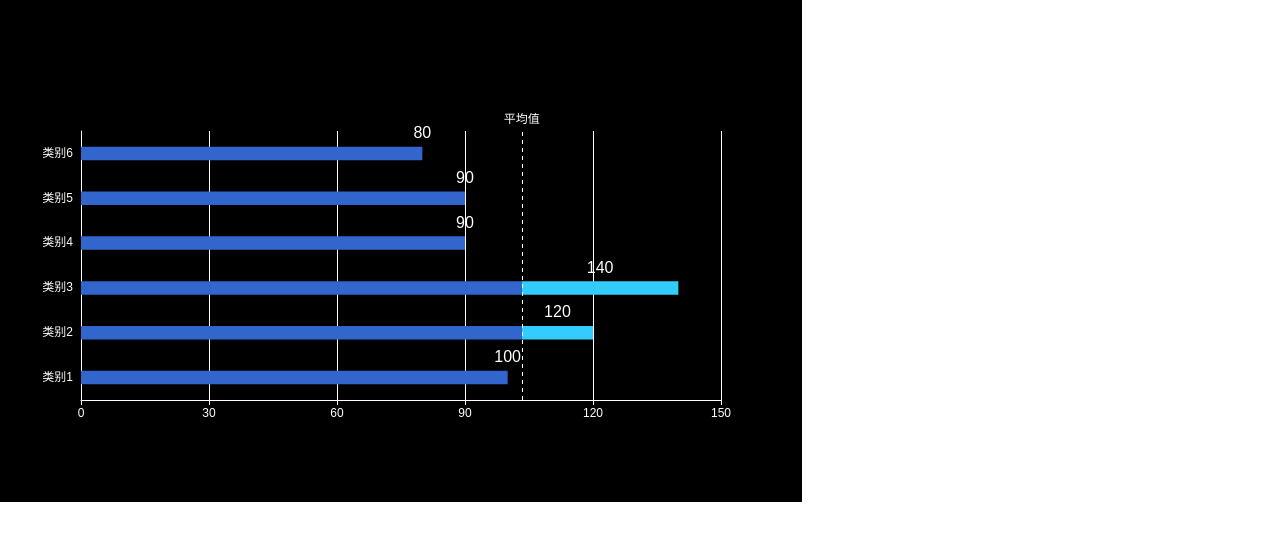
Repository: 572031690/echartproj
Page: /#/test
The author's editor kept a copy of each file at every save. The page is drawn from the files as they stood at one save, then again after the next save.
The browser window is 1280 px wide. The pictures show the whole page.
The project was rebuilt for these pictures with package versions that can differ from the ones it lists, and the page was loaded fresh each time. Also part of the build but not shown: vue.config.js, src/components/Seller.vue, src/views/SellerPage.vue, src/utils/theme_utils.js, src/components/Trend.vue, src/views/TrendPage.vue, src/utils/map_utils.js, src/components/Map.vue and 9 more.

Above is the page before, as saved 2021-08-05 10:08:28.

### public/index.html
<!DOCTYPE html>
<html lang="en">
  <head>
    <meta charset="utf-8">
    <meta http-equiv="X-UA-Compatible" content="IE=edge">
    <meta name="viewport" content="width=device-width,initial-scale=1.0">
    <link rel="icon" href="<%= BASE_URL %>favicon.ico">
    <title><%= htmlWebpackPlugin.options.title %></title>
  </head>
  <body>
    <noscript>
      <strong>We're sorry but <%= htmlWebpackPlugin.options.title %> doesn't work properly without JavaScript enabled. Please enable it to continue.</strong>
    </noscript>
    <div id="app"></div>
    <!-- built files will be auto injected -->
    <!-- 一旦通过script标签引入的echarts.js的文件之后呢, window.echarts -->
    <script src="static/lib/echarts.min.js"></script>
    <!-- 引入主题的js文件 -->
    <script src="static/theme/chalk.js"></script>
    <script src="static/theme/vintage.js"></script>
  </body>
</html>

### src/main.js
import Vue from 'vue'
import App from './App.vue'
import router from './router'
import store from './store'
// 引入字体的文件
import './assets/font/iconfont.css'
// 引入全局的样式文件
import './assets/css/global.less'
import axios from 'axios'
import SocketService from './utils/socket_service'

// 调用socket **********
// import SocketService from '@/utils/socket_service'
// 对服务端进行webSocket连接 *********
// SocketService.Instance.connect()
// Vue.prototype.$socket = SocketService.Instance

// 请求基准路径的配置
axios.defaults.baseURL = 'http://127.0.0.1:8888/api/'
// 将axios挂载到Vue的原型对象上
// 在别的组件中 this.$http
Vue.prototype.$http = axios

// 将全局的echarts对象挂载到Vue的原型对象上
// 别的组件中 this.$echarts
Vue.prototype.$echarts = window.echarts

Vue.config.productionTip = false

new Vue({
  router,
  store,
  render: h => h(App)
}).$mount('#app')

### src/App.vue
<template>
  <div id="app">
    <!-- 路由占位符 -->
    <router-view></router-view>
  </div>
</template>

<style lang="less">

</style>

### src/router/index.js
import Vue from 'vue'
import VueRouter from 'vue-router'
import SellerPage from '@/views/SellerPage'
import TrendPage from '@/views/TrendPage'
import MapPage from '@/views/MapPage'
import RankPage from '@/views/RankPage'
import HotPage from '@/views/HotPage'
import StockPage from '@/views/StockPage'
import Test from '../components/Test.vue'
import ScreenPage from '@/views/ScreenPage'

Vue.use(VueRouter)

const routes = [
  {
    path: '/',
    redirect: '/screen'
  },
  {
    path: '/screen',
    component: ScreenPage
  },
  {
    path: '/sellerpage',
    component: SellerPage
  },
  {
    path: '/trendpage',
    component: TrendPage
  },
  {
    path: '/mappage',
    component: MapPage
  },
  {
    path: '/rankpage',
    component: RankPage
  },
  {
    path: '/hotpage',
    component: HotPage
  },
  {
    path: '/stockpage',
    component: StockPage
  },
  {
    path: '/test',
    component: Test
  }

]

const router = new VueRouter({
  routes
})

export default router

### src/store/index.js
import Vue from 'vue'
import Vuex from 'vuex'

Vue.use(Vuex)

export default new Vuex.Store({
  state: {
    theme: 'chalk'
  },
  mutations: {
    changeTheme (state) {
      if(state.theme === 'chalk'){
        state.theme = 'vintage'
      }else{
        state.theme = 'chalk'
      }
    }
  },
  actions: {
  },
  modules: {
  }
})

### src/assets/css/global.less
html, body, #app {
  width: 100%;
  height: 100%;
  padding: 0;
  margin: 0;
  overflow: hidden;
}

.com-page {
  width: 100%;
  height: 100%;
  overflow: hidden;
}

.com-container {
  width: 100%;
  height: 100%;
  overflow: hidden;
  position: relative;
}

.com-chart {
  width: 100%;
  height: 100%;
  overflow: hidden;
}

canvas {
  border-radius: 20px;
}

/*无法选中图片文字方法*/
span,div,img{
  user-select:none;
}

### src/utils/socket_service.js
export default class SocketService {
    // 单例的设计模式
    //如果别人通过get Instance 来的到我的实例对象 那我只会给他返回同一个实例对象
    static instance = null
    static get Instance() {
        if (!this.instance) {
            this.instance = new SocketService()
        }
        return this.instance
    }

    //和服务端连接的socket对象
    ws = null
    //存储回调函数
    callBackMapping = {}
    //定义连接服务器的方法
    connect() {
        //连接服务器
        if (!window.WebSocket) {
            return console.log('你的浏览器不支持WebSocket');
        }
        this.ws = new WebSocket('ws://localhost:9998')

        //连接服务端成功
        this.ws.onopen = () => {
            console.log('连接服务端成功');
        }
        //连接服务端失败
        this.ws.onclose = () => {
            console.log('连接服务端失败');
        }
        //得到服务端发送过来的数据
        this.ws.onmessage = msg => {
            console.log('从服务端获取数据');
            //得到的数据在msg的data里面
            // console.log(msg.data);
            const recvData = JSON.parse(msg.data)
            const socketType = recvData.socketType
            //判断回调函数是否存在
            if(this.callBackMapping[socketType]){
                const action = recvData.action
                if(action === 'getData') {
                    const realData = JSON.parse(recvData.data)
                    this.callBackMapping[socketType]
                }else if( action === 'fullScreen') {

                }else if(action === 'themeChange') {

                }
            }
        }
    }
    //回调函数的注册
    registerCallBack(socketType, callBack) {
        this.callBackMapping[socketType] = callBack
    }
    //取消某一个回调函数
    unRegisterCallBack(socketType) {
        this.callBackMapping[socketType] = null
    }

}

### src/components/Test.vue
<template>
  <div class="line-chart" ref="mybar">
    123
  </div>
</template>

<script>
export default {
  mounted() {
    this.getData();
    this.initChart();
  },
  data() {
    return {
      chartInstance: null,
      seriesData: [100, 120, 140, 90, 90, 80],
      barChart: {
        xAxisData: ["类别1", "类别2", "类别3", "类别4", "类别5", "类别6"],
        dataList: []
      }
    };
  },
  methods: {
    initChart() {
      const chartInstance = this.$echarts.init(this.$refs.mybar);
      const option = {
        grid: [
          {
            top: 130,
            bottom: 101
          }
        ],
        yAxis: [
          {
            type: "category",
            data: this.barChart.xAxisData,
            // gridIndex: 0, // x 轴所在的 grid 的索引，默认位于第一个 grid。
            axisLabel: {
              color: "#fff" // 刻度标签文字的颜色
            },
            axisLine: {
              // 设置轴线
              lineStyle: {
                color: "#fff"
              }
            },
            axisTick: {
              show: false // 是否显示坐标轴刻度。
            }
          }
        ],
        xAxis: [
          {
            type: "value",
            // gridIndex: 0,
            axisLabel: {
              // 刻度标签文字的颜色
              color: "#fff"
            },
            splitLine: {
              // y轴横线
              lineStyle: {
                color: "rgba(255, 255, 255, 45)"
              }
            },
            axisLine: {
              // 设置轴线
              show: true,
              // 设置轴线
              lineStyle: {
                color: "#fff"
              }
            }
          }
        ],
        series: [
          {
            stack: "类1",
            barWidth: "30%", // 宽度
            itemStyle: {
              color: "#3366cc"
            },
            data: this.barChart.dataList[1],
            type: "bar",
            markLine: {
              data: [
                {
                  type: "max",
                  name: "平均线"
                }
              ],
              lineStyle: {
                type: "dashed",
                color: "#fff"
              },
              symbol: ["none", "none"], // 去除线段两端标记样式
              label: {
                show: true,
                color: "#fff",
                formatter: "平均值"
              }
            }
          },
          {
            label: {
              show: true,
              position: "top",
              textStyle: {
                color: "#fff",
                fontSize: 16
              },
              formatter: arg => {
                console.log(arg);
                return this.seriesData[arg.dataIndex];
              }
            },
            stack: "类1",
            xAxisIndex: 0,
            barWidth: "30%", // 宽度
            itemStyle: {
              color: "#33ccff"
            },
            data: this.barChart.dataList[0],
            type: "bar"
          }
        ]
      };
      chartInstance.setOption(option);
    },
    getData() {
      let sum = 0;
      this.seriesData.forEach(item => (sum += item));
      const aver = sum / this.seriesData.length;
      // console.log(aver)
      this.barChart.dataList[0] = this.seriesData.map(item => {
        if (item > aver) return item - aver;
        else return 0;
      });
      this.barChart.dataList[1] = this.seriesData.map(item => {
        if (item > aver) return aver;
        else return item;
      });
      console.log(this.barChart.dataList);
    }
  }
};
</script>

<style>
.line-chart {
  width: 800px;
  height: 500px;
  border: 1px solid black;
  background: #000;
}
</style>

### public/static/theme/vintage.js
(function (root, factory) {
    if (typeof define === 'function' && define.amd) {
        // AMD. Register as an anonymous module.
        define(['exports', 'echarts'], factory);
    } else if (typeof exports === 'object' && typeof exports.nodeName !== 'string') {
        // CommonJS
        factory(exports, require('echarts'));
    } else {
        // Browser globals
        factory({}, root.echarts);
    }
}(this, function (exports, echarts) {
    var log = function (msg) {
        if (typeof console !== 'undefined') {
            console && console.error && console.error(msg);
        }
    };
    if (!echarts) {
        log('ECharts is not Loaded');
        return;
    }
    echarts.registerTheme('vintage', {
        "color": [
            '#0ba82c',
            '#2c6eff',
            '#16f2d9',
            '#fe211e',
            '#fa6900',
            "#eedd78",
            "#73a373",
            "#73b9bc",
            "#7289ab",
            "#91ca8c",
            "#f49f42"
        ],
        "backgroundColor": "#ffffff",
        "textStyle": {},
        "title": {
            "textStyle": {
                "color": "#333333"
            },
            "subtextStyle": {
                "color": "#aaa"
            }
        },
        "line": {
            "itemStyle": {
                "normal": {
                    "borderWidth": "4"
                }
            },
            "lineStyle": {
                "normal": {
                    "width": "3"
                }
            },
            "symbolSize": "0",
            "symbol": "circle",
            "smooth": true
        },
        "radar": {
            "itemStyle": {
                "normal": {
                    "borderWidth": 1
                }
            },
            "lineStyle": {
                "normal": {
                    "width": 2
                }
            },
            "symbolSize": 4,
            "symbol": "emptyCircle",
            "smooth": false
        },
        "bar": {
            "itemStyle": {
                "normal": {
                    "barBorderWidth": 0,
                    "barBorderColor": "#ccc"
                },
                "emphasis": {
                    "barBorderWidth": 0,
                    "barBorderColor": "#ccc"
                }
            }
        },
        "pie": {
            "itemStyle": {
                "normal": {
                    "borderWidth": 0,
                    "borderColor": "#ccc"
                },
                "emphasis": {
                    "borderWidth": 0,
                    "borderColor": "#ccc"
                }
            }
        },
        "scatter": {
            "itemStyle": {
                "normal": {
                    "borderWidth": 0,
                    "borderColor": "#ccc"
                },
                "emphasis": {
                    "borderWidth": 0,
                    "borderColor": "#ccc"
                }
            }
        },
        "boxplot": {
            "itemStyle": {
                "normal": {
                    "borderWidth": 0,
                    "borderColor": "#ccc"
                },
                "emphasis": {
                    "borderWidth": 0,
                    "borderColor": "#ccc"
                }
            }
        },
        "parallel": {
            "itemStyle": {
                "normal": {
                    "borderWidth": 0,
                    "borderColor": "#ccc"
                },
                "emphasis": {
                    "borderWidth": 0,
                    "borderColor": "#ccc"
                }
            }
        },
        "sankey": {
            "itemStyle": {
                "normal": {
                    "borderWidth": 0,
                    "borderColor": "#ccc"
                },
                "emphasis": {
                    "borderWidth": 0,
                    "borderColor": "#ccc"
                }
            }
        },
        "funnel": {
            "itemStyle": {
                "normal": {
                    "borderWidth": 0,
                    "borderColor": "#ccc"
                },
                "emphasis": {
                    "borderWidth": 0,
                    "borderColor": "#ccc"
                }
            }
        },
        "gauge": {
            "itemStyle": {
                "normal": {
                    "borderWidth": 0,
                    "borderColor": "#ccc"
                },
                "emphasis": {
                    "borderWidth": 0,
                    "borderColor": "#ccc"
                }
            }
        },
        "candlestick": {
            "itemStyle": {
                "normal": {
                    "color": "#c23531",
                    "color0": "#314656",
                    "borderColor": "#c23531",
                    "borderColor0": "#314656",
                    "borderWidth": 1
                }
            }
        },
        "graph": {
            "itemStyle": {
                "normal": {
                    "borderWidth": 0,
                    "borderColor": "#ccc"
                }
            },
            "lineStyle": {
                "normal": {
                    "width": 1,
                    "color": "#aaa"
                }
            },
            "symbolSize": 4,
            "symbol": "emptyCircle",
            "smooth": false,
            "color": [
                "#d87c7c",
                "#919e8b",
                "#d7ab82",
                "#6e7074",
                "#61a0a8",
                "#efa18d",
                "#787464",
                "#cc7e63",
                "#724e58",
                "#4b565b"
            ],
            "label": {
                "normal": {
                    "textStyle": {
                        "color": "#eee"
                    }
                }
            }
        },
        "map": {
            "itemStyle": {
                "normal": {
                    "areaColor": "#eeeeee",
                    "borderColor": "#444444",
                    "borderWidth": 0.5
                },
                "emphasis": {
                    "areaColor": "rgba(255,215,0,0.8)",
                    "borderColor": "#444444",
                    "borderWidth": 1
                }
            },
            "label": {
                "normal": {
                    "textStyle": {
                        "color": "#000000"
                    }
                },
                "emphasis": {
                    "textStyle": {
                        "color": "rgb(100,0,0)"
                    }
                }
            }
        },
        "geo": {
            "itemStyle": {
                "normal": {
                    "areaColor": "#eeeeee",
                    "borderColor": "#444444",
                    "borderWidth": 0.5
                },
                "emphasis": {
                    "areaColor": "rgba(255,215,0,0.8)",
                    "borderColor": "#444444",
                    "borderWidth": 1
                }
            },
            "label": {
                "normal": {
                    "textStyle": {
                        "color": "#000000"
                    }
                },
                "emphasis": {
                    "textStyle": {
                        "color": "rgb(100,0,0)"
                    }
                }
            }
        },
        "categoryAxis": {
            "axisLine": {
                "show": true,
                "lineStyle": {
                    "color": "#333"
                }
            },
            "axisTick": {
                "show": true,
                "lineStyle": {
                    "color": "#333"
                }
            },
            "axisLabel": {
                "show": true,
                "textStyle": {
                    "color": "#999"
                }
            },
            "splitLine": {
                "show": false,
                "lineStyle": {
                    "color": [
                        "#ccc"
                    ]
                }
            },
            "splitArea": {
                "show": false,
                "areaStyle": {
                    "color": [
                        "rgba(250,250,250,0.3)",
                        "rgba(200,200,200,0.3)"
                    ]
                }
            }
        },
        "valueAxis": {
            "axisLine": {
                "show": true,
                "lineStyle": {
                    "color": "#666666"
                }
            },
            "axisTick": {
                "show": false,
                "lineStyle": {
                    "color": "#333"
                }
            },
            "axisLabel": {
                "show": true,
                "textStyle": {
                    "color": "#aaaaaa"
                }
            },
            "splitLine": {
                "show": false,
                "lineStyle": {
                    "color": [
                        "#e6e6e6"
                    ]
                }
            },
            "splitArea": {
                "show": false,
                "areaStyle": {
                    "color": [
                        "rgba(250,250,250,0.05)",
                        "rgba(200,200,200,0.02)"
                    ]
                }
            }
        },
        "logAxis": {
            "axisLine": {
                "show": true,
                "lineStyle": {
                    "color": "#333"
                }
            },
            "axisTick": {
                "show": true,
                "lineStyle": {
                    "color": "#333"
                }
            },
            "axisLabel": {
                "show": true,
                "textStyle": {
                    "color": "#333"
                }
            },
            "splitLine": {
                "show": true,
                "lineStyle": {
                    "color": [
                        "#ccc"
                    ]
                }
            },
            "splitArea": {
                "show": false,
                "areaStyle": {
                    "color": [
                        "rgba(250,250,250,0.3)",
                        "rgba(200,200,200,0.3)"
                    ]
                }
            }
        },
        "timeAxis": {
            "axisLine": {
                "show": true,
                "lineStyle": {
                    "color": "#333"
                }
            },
            "axisTick": {
                "show": true,
                "lineStyle": {
                    "color": "#333"
                }
            },
            "axisLabel": {
                "show": true,
                "textStyle": {
                    "color": "#333"
                }
            },
            "splitLine": {
                "show": true,
                "lineStyle": {
                    "color": [
                        "#ccc"
                    ]
                }
            },
            "splitArea": {
                "show": false,
                "areaStyle": {
                    "color": [
                        "rgba(250,250,250,0.3)",
                        "rgba(200,200,200,0.3)"
                    ]
                }
            }
        },
        "toolbox": {
            "iconStyle": {
                "normal": {
                    "borderColor": "#999999"
                },
                "emphasis": {
                    "borderColor": "#666666"
                }
            }
        },
        "legend": {
            "textStyle": {
                "color": "#333333"
            }
        },
        "tooltip": {
            "axisPointer": {
                "lineStyle": {
                    "color": "#cccccc",
                    "width": 1
                },
                "crossStyle": {
                    "color": "#cccccc",
                    "width": 1
                }
            }
        },
        "timeline": {
            "lineStyle": {
                "color": "#293c55",
                "width": 1
            },
            "itemStyle": {
                "normal": {
                    "color": "#293c55",
                    "borderWidth": 1
                },
                "emphasis": {
                    "color": "#a9334c"
                }
            },
            "controlStyle": {
                "normal": {
                    "color": "#293c55",
                    "borderColor": "#293c55",
                    "borderWidth": 0.5
                },
                "emphasis": {
                    "color": "#293c55",
                    "borderColor": "#293c55",
                    "borderWidth": 0.5
                }
            },
            "checkpointStyle": {
                "color": "#e43c59",
                "borderColor": "rgba(194,53,49,0.5)"
            },
            "label": {
                "normal": {
                    "textStyle": {
                        "color": "#293c55"
                    }
                },
                "emphasis": {
                    "textStyle": {
                        "color": "#293c55"
                    }
                }
            }
        },
        "visualMap": {
            "color": [
                "#bf444c",
                "#d88273",
                "#f6efa6"
            ]
        },
        "dataZoom": {
            "backgroundColor": "rgba(47,69,84,0)",
            "dataBackgroundColor": "rgba(47,69,84,0.3)",
            "fillerColor": "rgba(167,183,204,0.4)",
            "handleColor": "#a7b7cc",
            "handleSize": "100%",
            "textStyle": {
                "color": "#333333"
            }
        },
        "markPoint": {
            "label": {
                "normal": {
                    "textStyle": {
                        "color": "#eee"
                    }
                },
                "emphasis": {
                    "textStyle": {
                        "color": "#eee"
                    }
                }
            }
        }
    });
}));

Loaded but not shown: src/assets/font/iconfont.css (common file); public/static/lib/echarts.min.js (library); public/static/theme/chalk.js (521 lines, source omitted)

After the next save:
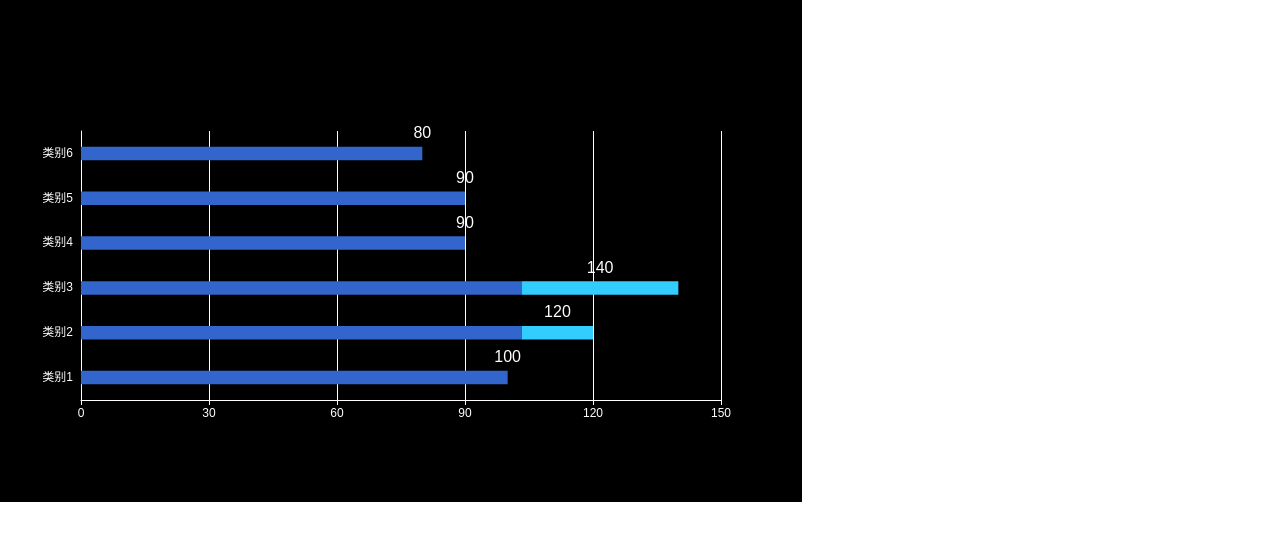
Saved 15 s later.
--- a/src/components/Test.vue
+++ b/src/components/Test.vue
@@ -81,25 +81,7 @@ export default {
               color: "#3366cc"
             },
             data: this.barChart.dataList[1],
-            type: "bar",
-            markLine: {
-              data: [
-                {
-                  type: "max",
-                  name: "平均线"
-                }
-              ],
-              lineStyle: {
-                type: "dashed",
-                color: "#fff"
-              },
-              symbol: ["none", "none"], // 去除线段两端标记样式
-              label: {
-                show: true,
-                color: "#fff",
-                formatter: "平均值"
-              }
-            }
+            type: "bar"
           },
           {
             label: {
